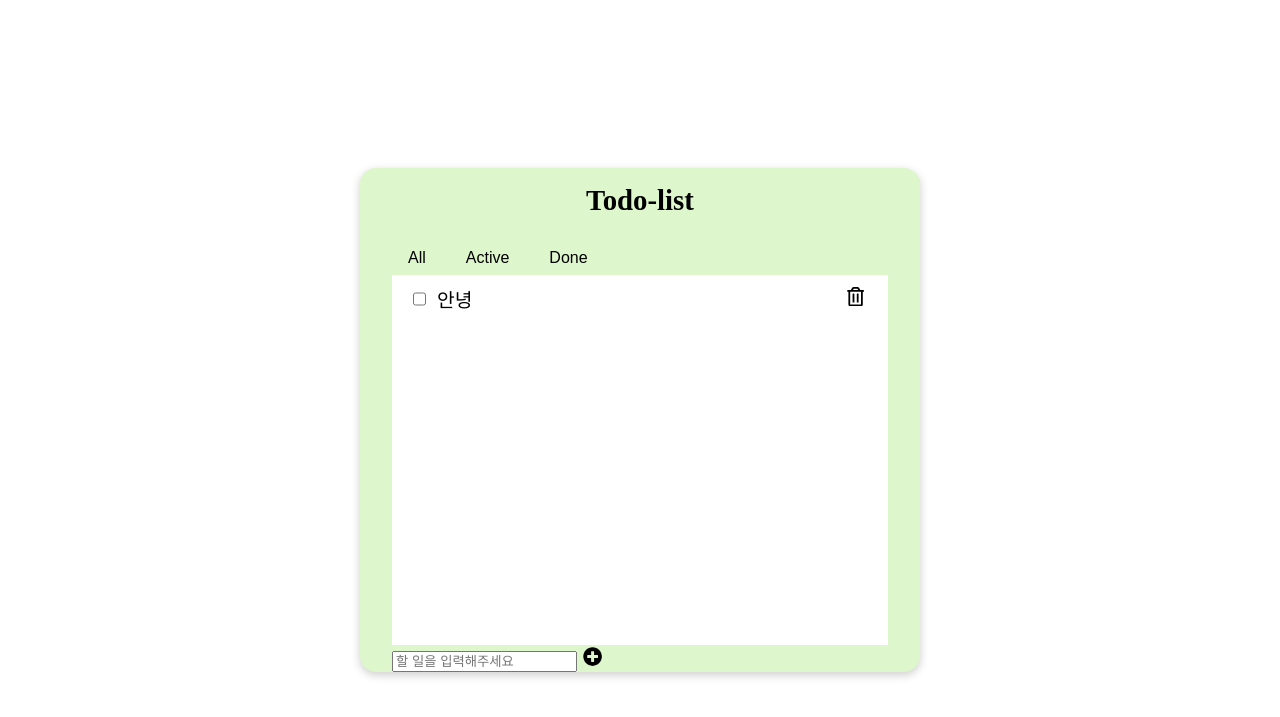
Repository: Yugayoung/todoList
Page: /
An editor plug-in stored every save of this project. The page is shown before and after the next save, followed by the edit.
The browser window is 1280 px wide. The pictures show the whole page.
Some web fonts or font styles are not loaded; a fallback is used. The project was rebuilt for these pictures with package versions that can differ from the ones it lists, and the page was loaded fresh each time. Also part of the build but not shown: src/App.css.

Above is the page before, as saved 2024-03-21 17:28:48.

### src/index.css
@font-face {
  font-family: 'IM_Hyemin-Bold';
  src: url('./fonts/IM_Hyemin-Regular.otf') format('opentype');
  font-weight: normal;
  font-style: normal;
}

body {
  margin: 0;
  font-family: 'IM_Hyemin-Bold';
  -webkit-font-smoothing: antialiased;
  -moz-osx-font-smoothing: grayscale;
  width: 100vw;
  height: 100vh;
  display: flex;
  justify-content: center;
  align-items: center;
  font-size: 1.2rem;
}

code {
  font-family: source-code-pro, Menlo, Monaco, Consolas, 'Courier New',
    monospace;
}
#root {
  width: 100%;
  height: 60%;
  max-width: 35rem;
}

### src/App.js
import './App.css';
import Todo from './pages/Todo';

function App() {
  return (
    <>
      <Todo />
    </>
  );
}

export default App;

### src/pages/todo.jsx
import React from 'react';
import styled from 'styled-components';
import { FaPlusCircle } from 'react-icons/fa';
import { FaRegTrashAlt } from 'react-icons/fa';

const Title = styled.h2`
  text-align: center;
  font-weight: bold;
  padding: 1rem 0rem 0rem 0rem;
`;

const TodoList = styled.section`
  background-color: #def6cc;
  border-radius: 1rem;
  box-shadow: 0 3px 10px rgb(0, 0, 0, 0.2);
  padding: 0rem 2rem;
`;

const TapBtn = styled.button`
  background-color: transparent;
  border: none;
  margin-right: 0.5rem;
  padding: 0.5rem 1rem;
  font-size: 1rem;
  &:hover {
    color: #fd6cfd;
  }
  &:active {
    background-color: white;
    border-radius: 1rem 1rem 0rem 0rem;
    font-weight: bold;
  }
`;

const TodoLi = styled.li`
  list-style: none;
  padding: 0rem 1rem;
  display: flex;
  justify-content: space-between;
  margin-bottom: 0.5rem;
`;
const Btn = styled.button`
  background-color: transparent;
  border: none;
  font-size: 1.2rem;
  padding-top: 2px;
  &:hover {
    color: red;
  }
`;
const Label = styled.label`
  flex: 1 1;
  margin: 0rem 0.5rem;
`;
const TodoUl = styled.ul`
  background-color: white;
  margin: 0rem;
  height: 350px;
  padding: 10px 1px;
  flex: 1 1 auto;
  overflow-y: auto;
`;
const InputDiv = styled.div`
  background-color: white;
`;

export default function Todo() {
  return (
    <>
      <TodoList>
        {/* 할일 state */}
        <Title>Todo-list</Title>
        <div>
          <TapBtn>All</TapBtn>
          <TapBtn>Active</TapBtn>
          <TapBtn>Done</TapBtn>
        </div>

        {/* addTodoList */}
        <TodoUl>
          <TodoLi>
            <input type='checkbox' />
            <Label htmlFor=''>안녕</Label>
            <Btn>
              <FaRegTrashAlt />
            </Btn>
          </TodoLi>
        </TodoUl>

        {/* 할일 입력 */}
        <dInputDiv>
          <input type='text' placeholder='할 일을 입력해주세요' />
          <Btn>
            <FaPlusCircle />
          </Btn>
        </dInputDiv>
      </TodoList>
    </>
  );
}

Loaded but not shown: public/index.html (common file); src/index.js (common file); src/reportWebVitals.js (common file)

After the next save:
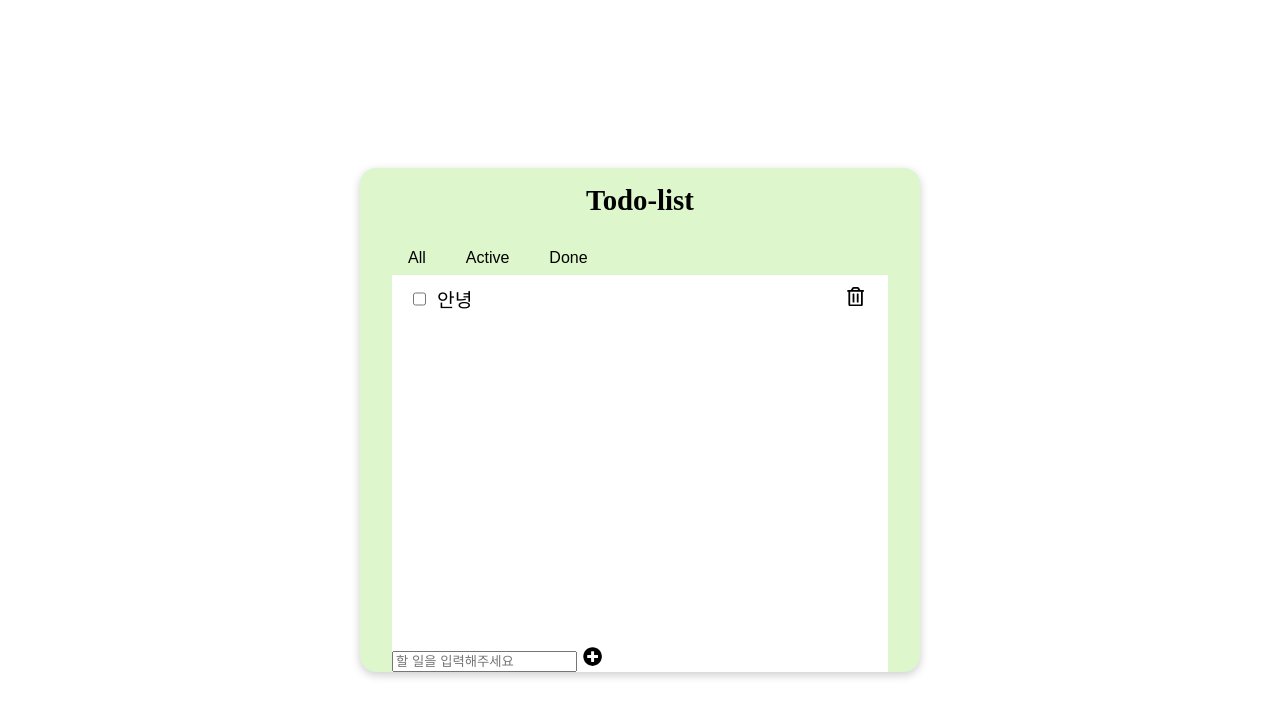
Saved 6 s later.
--- a/src/pages/todo.jsx
+++ b/src/pages/todo.jsx
@@ -88,12 +88,12 @@ export default function Todo() {
         </TodoUl>
 
         {/* 할일 입력 */}
-        <dInputDiv>
+        <InputDiv>
           <input type='text' placeholder='할 일을 입력해주세요' />
           <Btn>
             <FaPlusCircle />
           </Btn>
-        </dInputDiv>
+        </InputDiv>
       </TodoList>
     </>
   );
